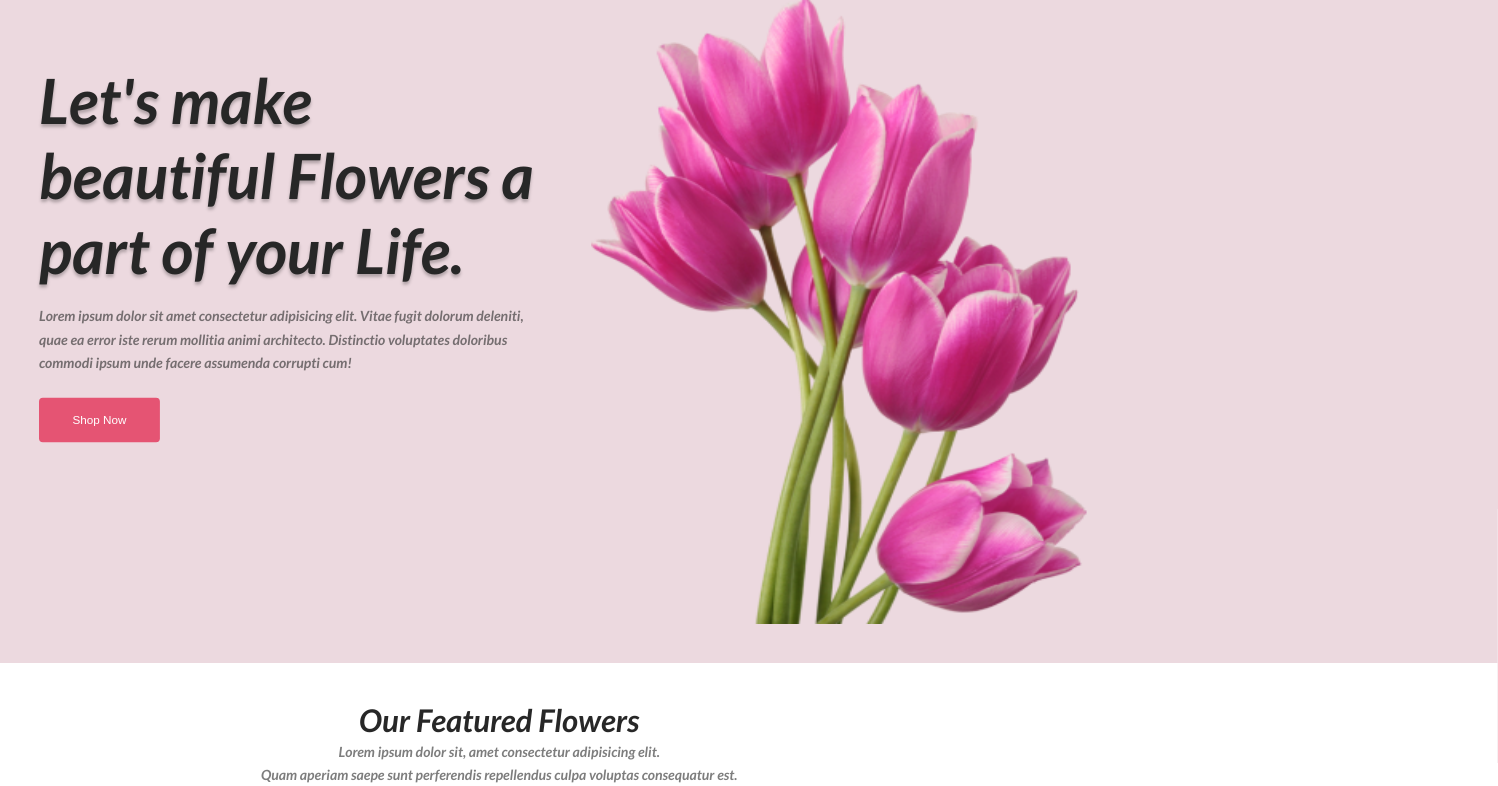
Repository: AnitaAkter/anita-flower-shop
Page: index.html
These files come from the project's save history. The page is drawn as it stood at one moment and after the next save; the edit follows.
The browser window is 1280 px wide. The page is 1920 px wide, so the pictures cover 1920 px, including what lies to the right of the window. The pictures show the whole page, at 78% of full size.

Above is the page before, as saved 2023-09-04 21:04:10.

### index.html
<!DOCTYPE html>
<html lang="en">

<head>
    <meta charset="UTF-8">
    <meta http-equiv="X-UA-Compatible" content="IE=edge">
    <meta name="viewport" content="width=device-width, initial-scale=1.0">
    <title>Anita's Flower Shop</title>
    <link rel="preconnect" href="https://fonts.googleapis.com">
    <link rel="preconnect" href="https://fonts.gstatic.com" crossorigin>
    <link href="https://fonts.googleapis.com/css2?family=Lato:ital,wght@1,700&display=swap" rel="stylesheet">
    <link rel="stylesheet" href="style.css">
</head>

<body>
    <div>
        <!-- /* Header -section start */ -->
        <header>
            <div class="header-intro">
                <h1>Let's make <br> beautiful Flowers a <br>part of your Life.</h1>
                <div class="header-p">
                    <p>Lorem ipsum dolor sit amet consectetur adipisicing elit. Vitae fugit dolorum deleniti, quae ea
                        error
                        iste rerum mollitia animi architecto. Distinctio voluptates doloribus commodi ipsum unde facere
                        assumenda corrupti cum!</p>
                </div>
                <button class="header-btn">Shop Now</button>
            </div>
            <div class="header-pic">
                <img src="images/pngwing 6.png" alt="">
            </div>
        </header>
        <!-- /* Header -section end */ -->
        <main>
            <div class="flowers-info">
                <h3>Our Featured Flowers</h3>
                <p>Lorem ipsum dolor sit, amet consectetur adipisicing elit. <br>
                    Quam aperiam saepe sunt perferendis repellendus culpa voluptas consequatur est.
                </p>
            </div>
        </main>

    </div>
</body>

</html>

### style.css
/* Header -section start */

* {
    margin: 0;
    padding: 0;
    box-sizing: border-box;
}

body {
    font-family: 'Lato', sans-serif;
    font-weight: 900;
}

header {
    display: flex;
    background-color: hsl(342, 34%, 89%);
    width: 1920px;
    height: 850px;
}

.header-intro {
    margin-top: 80px;
    margin-left: 50px;
    width: 708px;
    height: 506px;


}

.header-intro h1 {
    color: #272727;
    text-shadow: 0px 4px 4px rgba(0, 0, 0, 0.25);
    font-family: Lato;
    font-size: 80px;
    font-style: normal;
    font-weight: 800;
    line-height: normal;
    width: 708px;
    height: 310px;


}

.header-p {
    color: rgba(39, 39, 39, 0.60);
    font-family: Lato;
    font-size: 18px;
    font-style: normal;
    font-weight: 400;
    line-height: 30px;
    width: 634px;
    height: 120px;
    gap: 32px;



    /* 166.667% */
}

.header-btn {
    background-color: #E55473;
    border-radius: 5px;
    border: none;
    color: white;
    font-size: 15px;
    display: inline-flex;
    padding: 20px 43px;
    align-items: flex-start;
    gap: 10px;

}

.header-pic {
    width: 635px;
    height: 800px;
    margin-bottom: 0%;
    margin-right: auto;

}


.header-pic img {
    width: 635px;
    height: 800px;
}

/* Header -section end */



.flowers-info{
    margin-top: 50px;
}

.flowers-info h3 {
    color: #272727;
    text-align: center;
    font-family: Lato;
    font-size: 40px;
    font-style: normal;
    font-weight: 800;
    line-height: normal;
}

.flowers-info p {
    color: rgba(39, 39, 39, 0.60);
    text-align: center;
    font-family: Lato;
    font-size: 18px;
    font-style: normal;
    font-weight: 400;
    line-height: 30px;
    /* 166.667% */
}

After the next save:
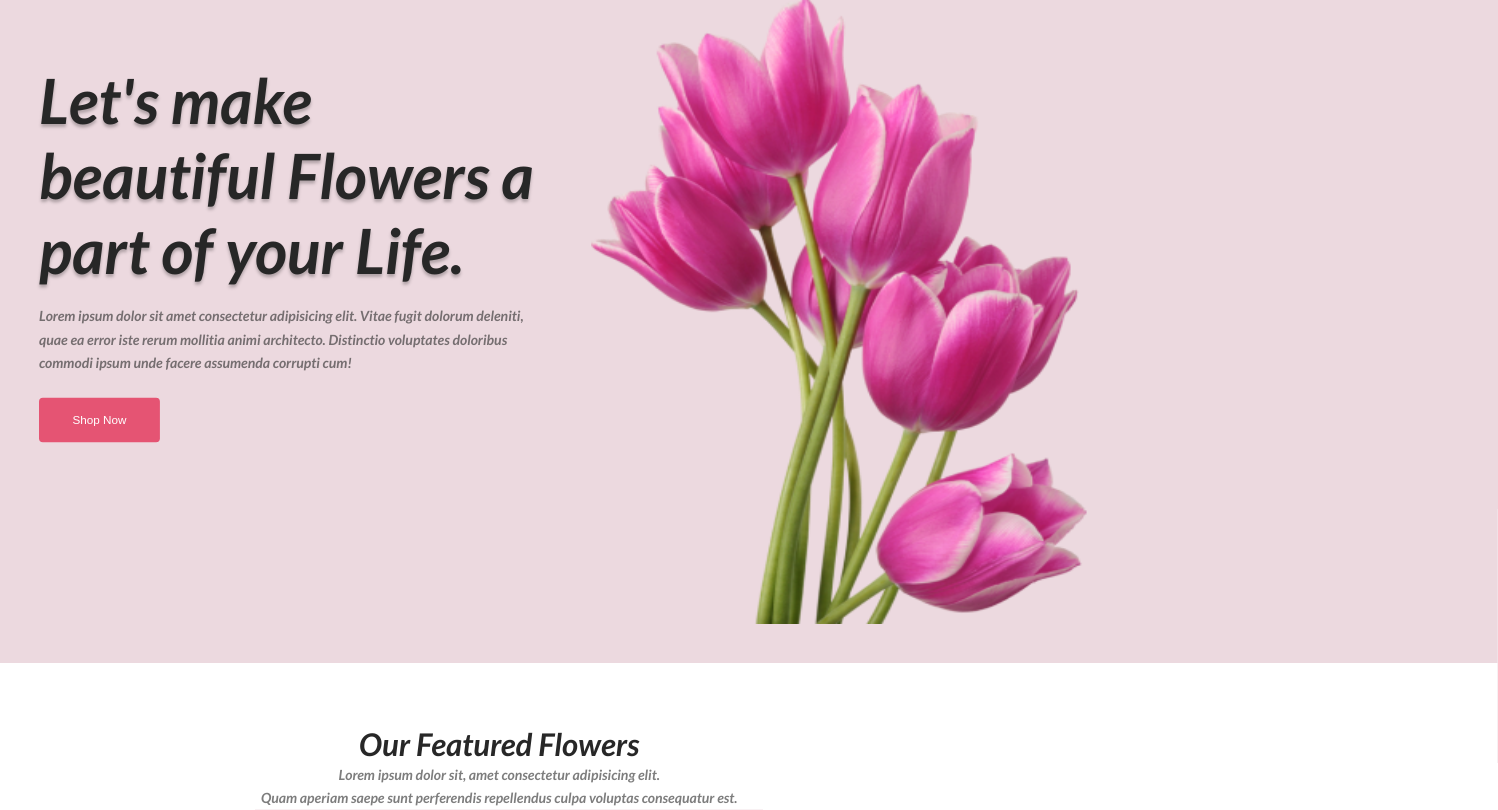
Saved 25 s later.
--- a/style.css
+++ b/style.css
@@ -89,7 +89,7 @@ header {
 
 
 .flowers-info{
-    margin-top: 50px;
+    margin-top: 80px;
 }
 
 .flowers-info h3 {
